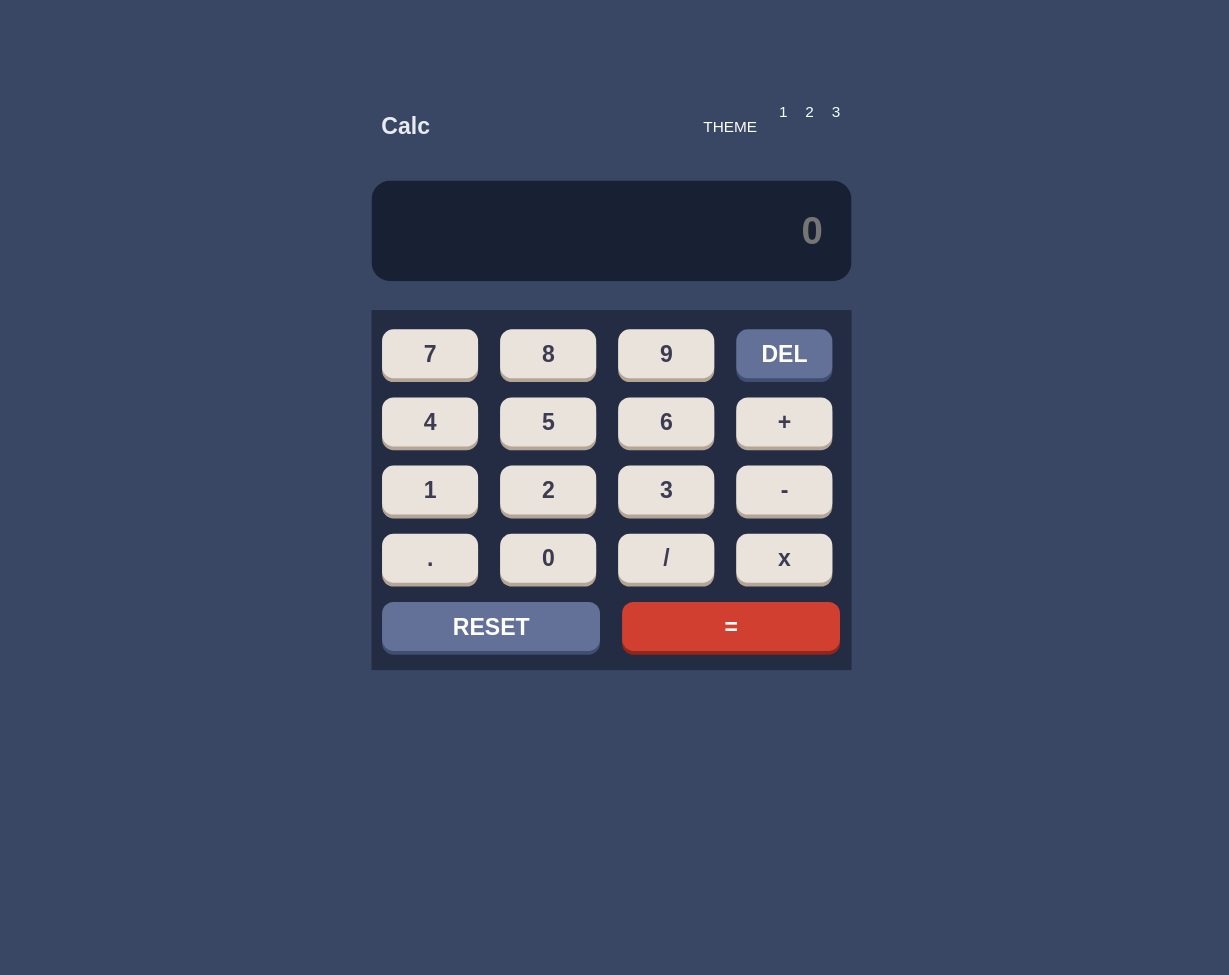
Repository: Bakyproit/Calcutor
Page: index.html
An editor plug-in stored every save of this project. The page is shown before and after the next save, followed by the edit.
The browser window is 1280 px wide. The pictures show the whole page, at 96% of full size.

Above is the page before, as saved 2022-02-11 17:36:37.

After the next save:
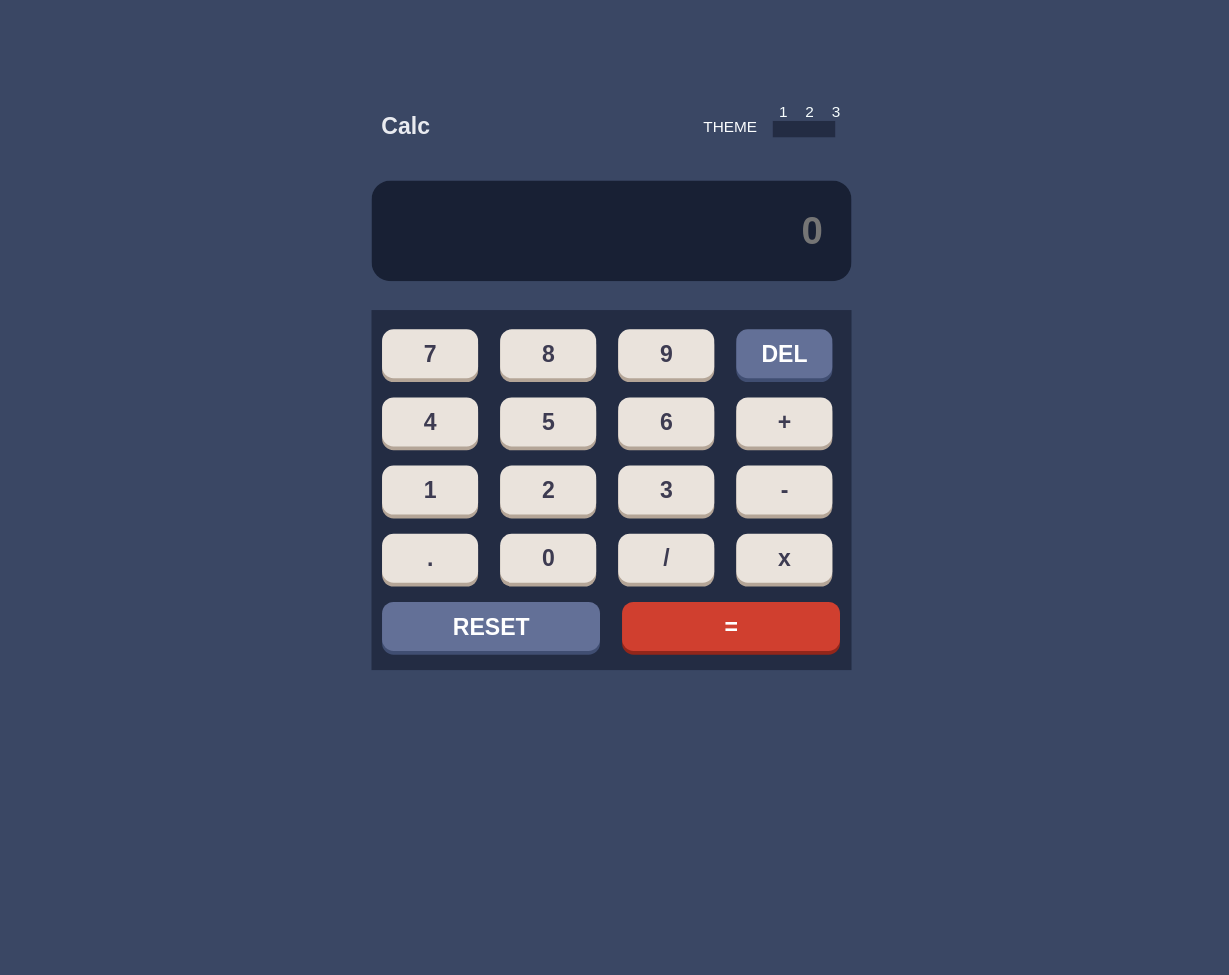
Saved 6 s later.
--- a/App.css
+++ b/App.css
@@ -79,6 +79,7 @@ body.active3{
     padding-left: 5px;
     width: 60px;
     height: 15px;
+    background-color: hsl(223, 31%, 20%);
 
 }
 /* .toggle__checkbox{
